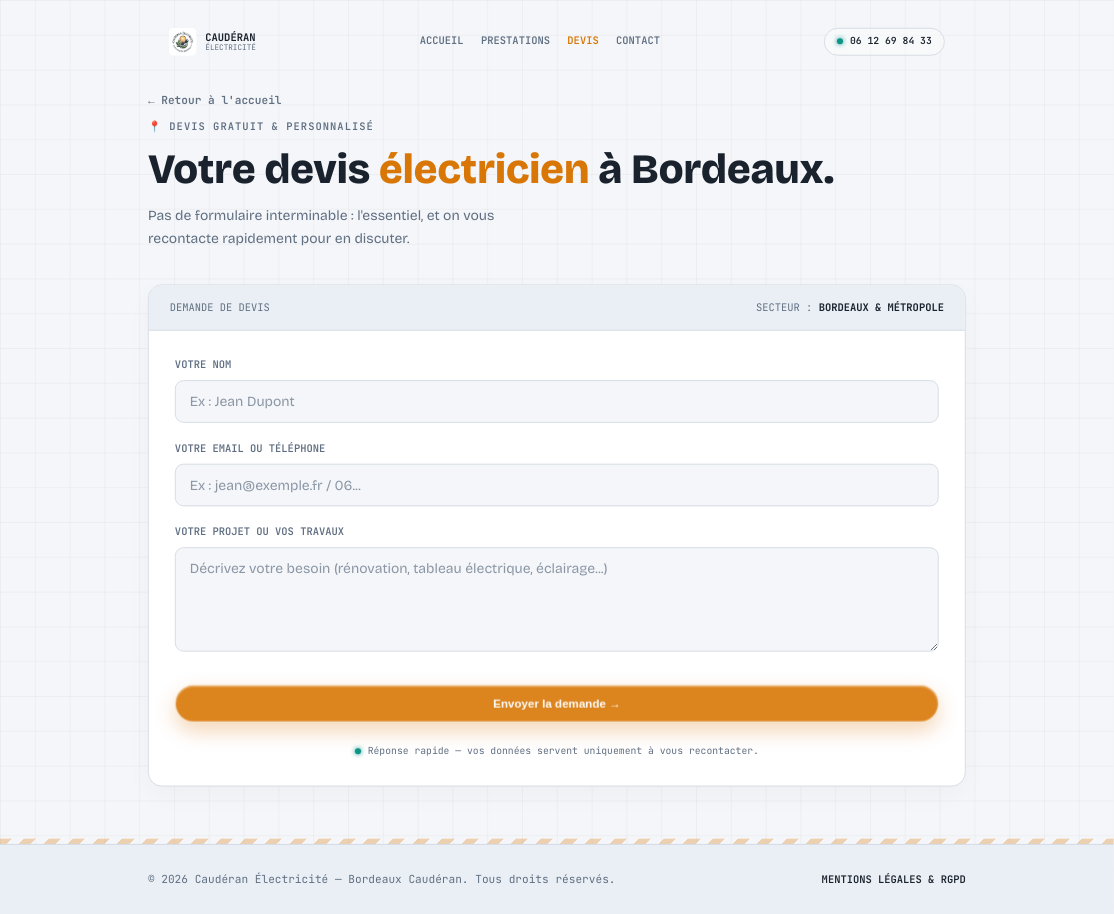
Repository: cauderanelectricite/cauderanelectricite.github.io
Page: devis.html
An editor plug-in stored every save of this project. The page is shown before and after the next save, followed by the edit.
The browser window is 1280 px wide. The pictures show the whole page, at 87% of full size.

Above is the page before, as saved 2026-09-29 20:43:46.

After the next save:
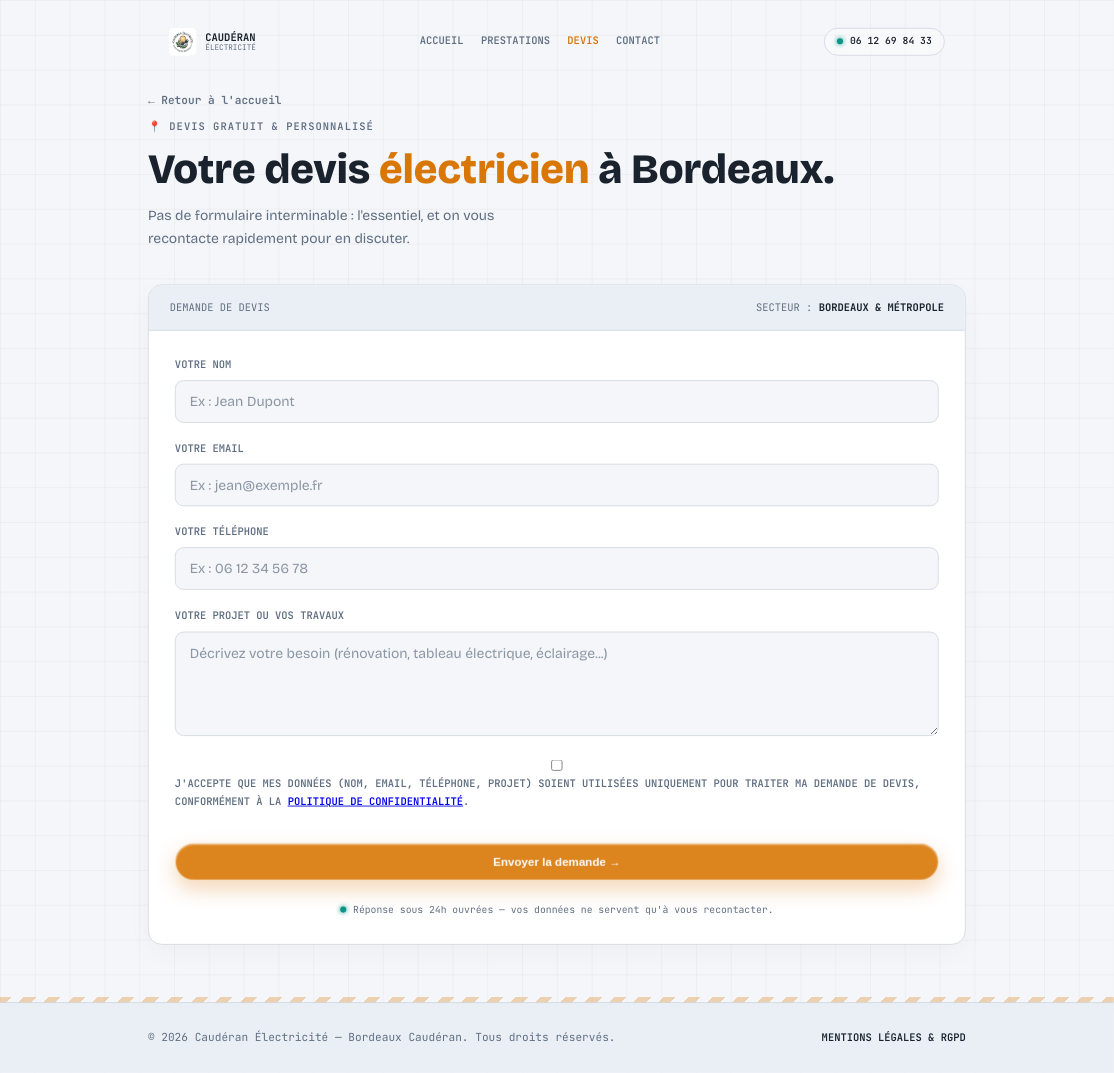
Saved 39 s later.
--- a/devis.html
+++ b/devis.html
@@ -52,38 +52,51 @@
       <p>Pas de formulaire interminable : l'essentiel, et on vous recontacte rapidement pour en discuter.</p>
     </section>
 
-    <form class="workorder" action="https://api.web3forms.com/submit" method="POST">
-      <div class="wo-head">
-        <span>Demande de devis</span>
-        <span>Secteur : <b>Bordeaux &amp; Métropole</b></span>
-      </div>
-      <div class="wo-body">
-        <input type="hidden" name="access_key" value="96f66776-382f-4ce0-8e90-f4bc872c67bc">
-        <input type="hidden" name="subject" value="Nouvelle demande de devis — site Caudéran Électricité">
-        <input type="hidden" name="from_name" value="Site Caudéran Électricité">
-        <!-- Honeypot anti-spam (ne pas remplir) -->
-        <input type="checkbox" name="botcheck" class="hidden" tabindex="-1">
+  <form class="workorder" action="https://api.web3forms.com/submit" method="POST">
+  <div class="wo-head">
+    <span>Demande de devis</span>
+    <span>Secteur : <b>Bordeaux &amp; Métropole</b></span>
+  </div>
+  <div class="wo-body">
+    <input type="hidden" name="access_key" value="96f66776-382f-4ce0-8e90-f4bc872c67bc">
+    <input type="hidden" name="subject" value="Nouvelle demande de devis — site Caudéran Électricité">
+    <input type="hidden" name="from_name" value="Site Caudéran Électricité">
+    <input type="hidden" name="redirect" value="https://cauderan-electricite.fr/merci.html">
+    <!-- Honeypot anti-spam (ne pas remplir) -->
+    <input type="checkbox" name="botcheck" class="hidden" tabindex="-1">
 
-        <div>
-          <label for="name">Votre nom</label>
-          <input type="text" id="name" name="name" placeholder="Ex : Jean Dupont" autocomplete="name" required>
-        </div>
+    <div>
+      <label for="name">Votre nom</label>
+      <input type="text" id="name" name="name" placeholder="Ex : Jean Dupont" autocomplete="name" required>
+    </div>
 
-        <div>
-          <label for="email">Votre email ou téléphone</label>
-          <input type="text" id="email" name="email" placeholder="Ex : jean@exemple.fr / 06..." required>
-        </div>
+    <div>
+      <label for="email">Votre email</label>
+      <input type="email" id="email" name="email" placeholder="Ex : jean@exemple.fr" autocomplete="email" required>
+    </div>
 
-        <div>
-          <label for="message">Votre projet ou vos travaux</label>
-          <textarea id="message" name="message" placeholder="Décrivez votre besoin (rénovation, tableau électrique, éclairage...)" required></textarea>
-        </div>
+    <div>
+      <label for="phone">Votre téléphone</label>
+      <input type="tel" id="phone" name="phone" placeholder="Ex : 06 12 34 56 78" autocomplete="tel" required>
+    </div>
 
-        <button type="submit" class="btn">Envoyer la demande →</button>
+    <div>
+      <label for="message">Votre projet ou vos travaux</label>
+      <textarea id="message" name="message" placeholder="Décrivez votre besoin (rénovation, tableau électrique, éclairage...)" required></textarea>
+    </div>
 
-        <p class="wo-note"><span class="led"></span> Réponse rapide — vos données servent uniquement à vous recontacter.</p>
-      </div>
-    </form>
+    <div class="consent">
+      <label for="consent-rgpd">
+        <input type="checkbox" id="consent-rgpd" name="consentement_rgpd" value="oui" required>
+        <span>J'accepte que mes données (nom, email, téléphone, projet) soient utilisées uniquement pour traiter ma demande de devis, conformément à la <a href="mentions-legales.html#rgpd">politique de confidentialité</a>.</span>
+      </label>
+    </div>
+
+    <button type="submit" class="btn">Envoyer la demande →</button>
+
+    <p class="wo-note"><span class="led"></span> Réponse sous 24h ouvrées — vos données ne servent qu'à vous recontacter.</p>
+  </div>
+</form>
   </main>
 
   <div class="hazard" aria-hidden="true"></div>
